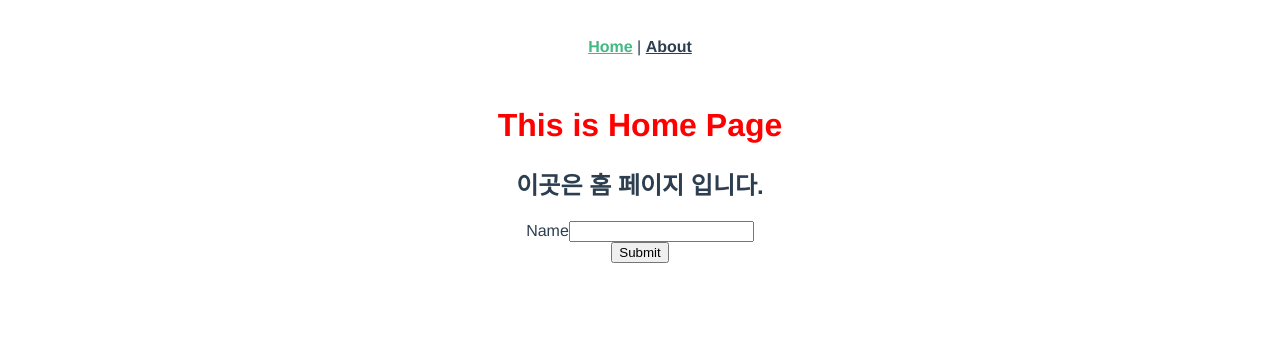
Repository: RyuGeunHwan/code_J
Page: / (app in vue-emit/)
An editor plug-in stored every save of this project. The page is shown before and after the next save, followed by the edit.
The browser window is 1280 px wide. The pictures show the whole page.
The project was rebuilt for these pictures with package versions that can differ from the ones it lists, and the page was loaded fresh each time.

Above is the page before, as saved 2022-08-12 09:32:14.

### vue-emit/src/views/Home.vue
<!-- template태그 : HTML이 들어가는 구역  -->
<template>
  <div>
    <h1>This is Home Page</h1>
    <h2>이곳은 홈 페이지 입니다.</h2>
    <form action="">
      <label for="">Name</label>
        <input type="text" v-model="name"><br>
        <button>Submit</button>
    </form>
  </div>
</template>

<!-- script태그 : 옵션,데이터,computed,watch 등이 들어가는 구역 -->
<script>


export default {
  data(){
    return{
      name : ''
    }
  }
}
</script>


<!-- style : CSS코드 -->
<!-- scoped를 넣어줘야 위에보이는 template의 html태그에 적용이 된다. scoped를 않넣으면 vue어플리케이션 전체에 적용이 된다.-->
<style scoped>
h1{
  color : red
}
</style>

Loaded but not shown: vue-emit/public/index.html (common file); vue-emit/src/main.js (common file); vue-emit/src/App.vue (common file); vue-emit/src/router/index.js (common file); vue-emit/src/store/index.js (common file)

After the next save:
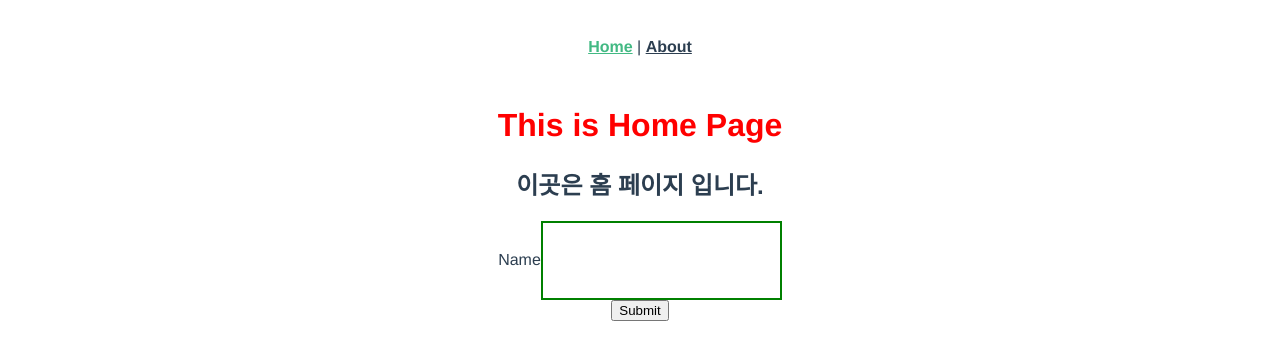
Saved 14 s later.
--- a/vue-emit/src/views/Home.vue
+++ b/vue-emit/src/views/Home.vue
@@ -5,7 +5,7 @@
     <h2>이곳은 홈 페이지 입니다.</h2>
     <form action="">
       <label for="">Name</label>
-        <input type="text" v-model="name"><br>
+        <input type="text" v-model="name" style="padding: 30px; border:2px solid green"><br>
         <button>Submit</button>
     </form>
   </div>
